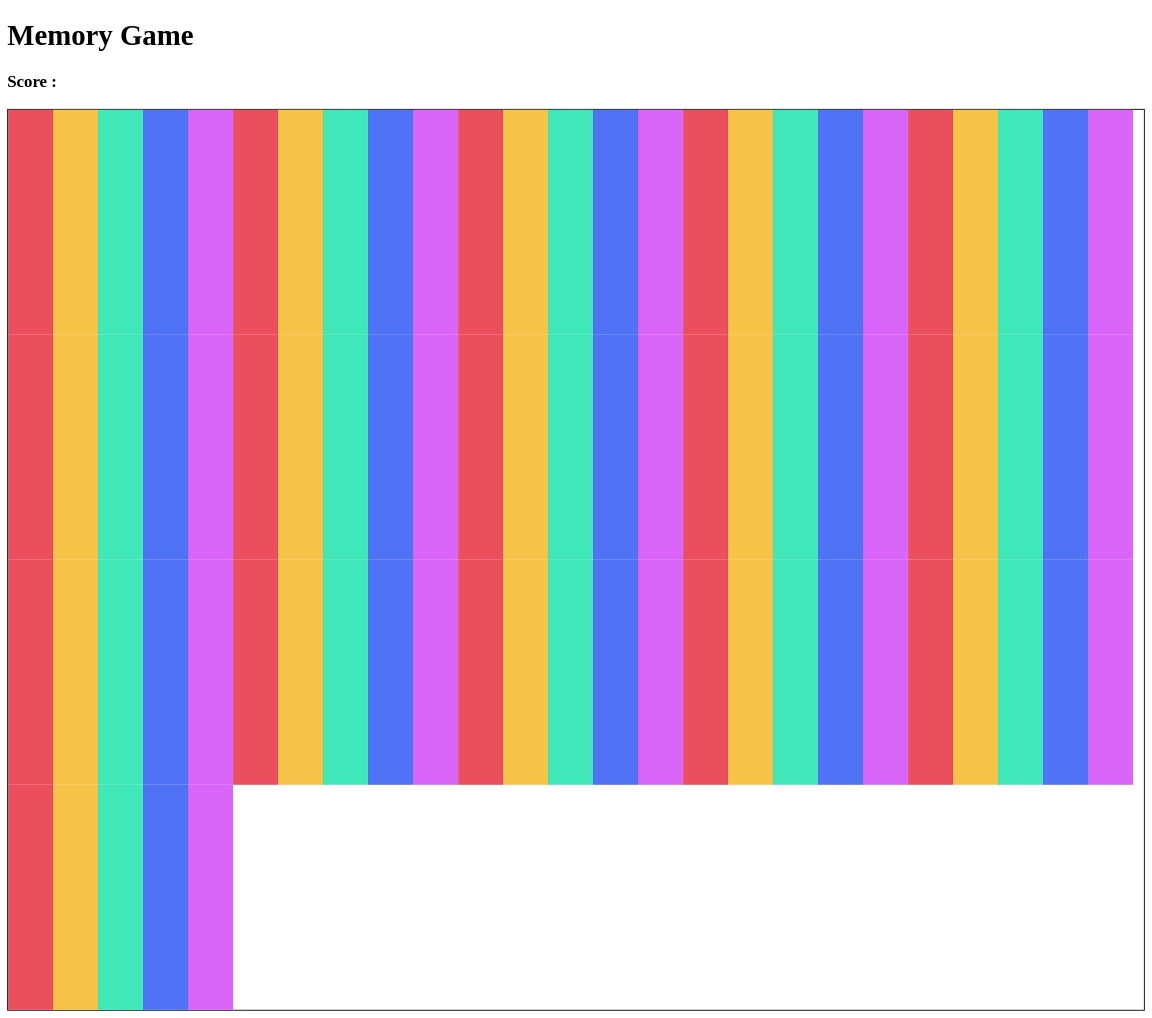
Repository: divyaravada/javascript-games
Page: memory-game/memorygame.html
An editor plug-in stored every save of this project. The page is shown before and after the next save, followed by the edit.
The browser window is 1280 px wide. The pictures show the whole page, at 90% of full size.

Above is the page before, as saved 2022-03-15 16:18:57.

After the next save:
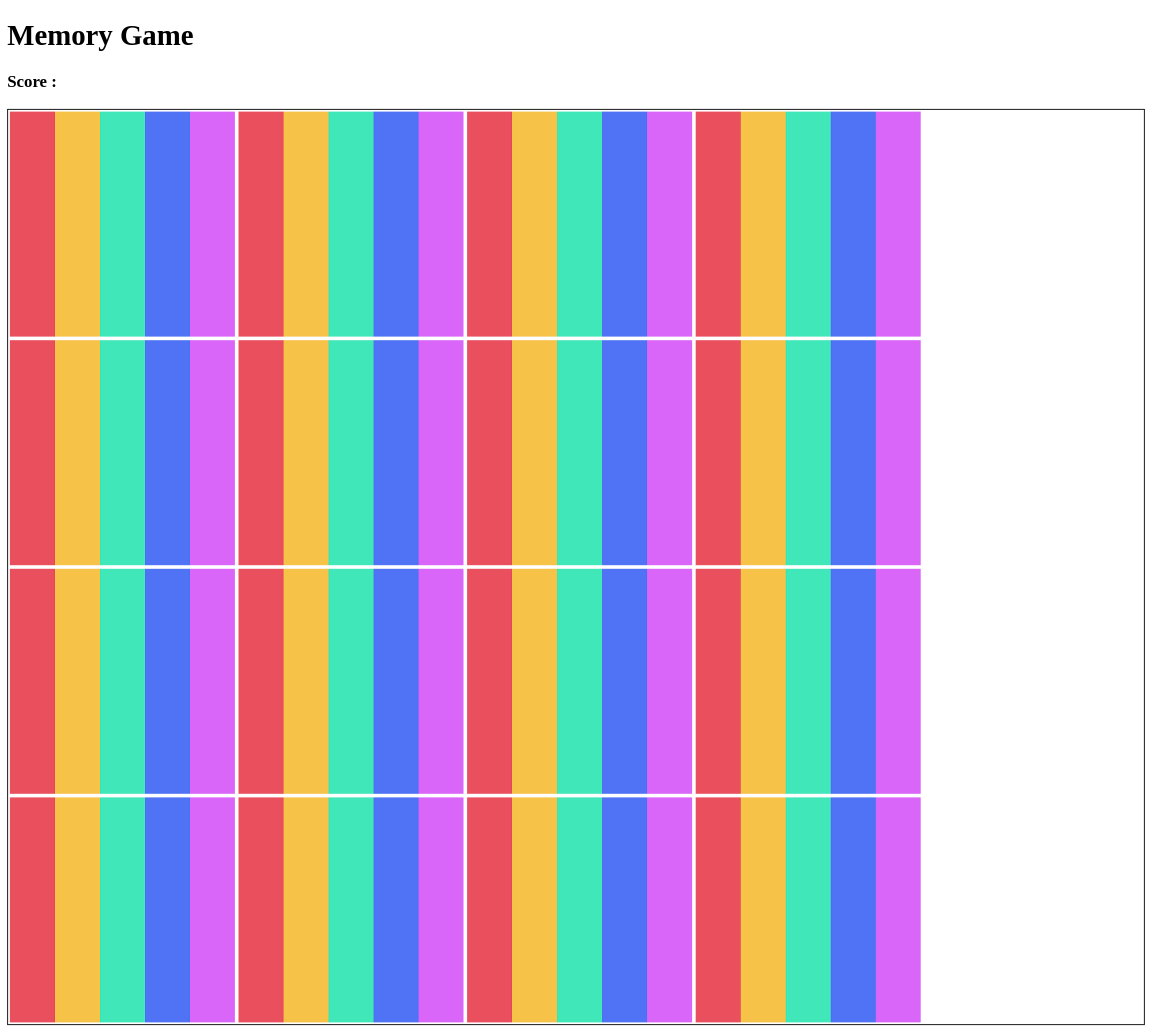
Saved 22 s later.
--- a/memory-game/memorystyle.css
+++ b/memory-game/memorystyle.css
@@ -6,4 +6,5 @@
 #grid img {
   width: 250px;
   height: 250px;
+  padding: 2px;
 }
